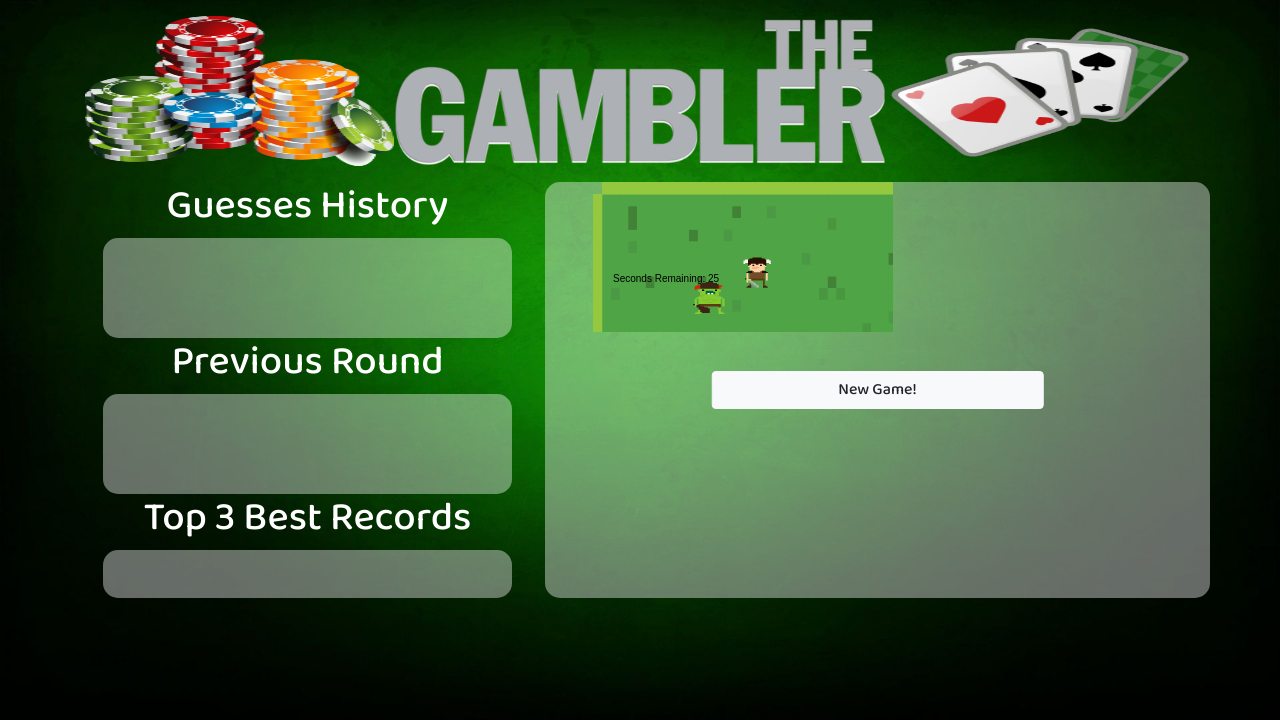
Repository: tts2610/TheCheapShootingGame
Page: index.html
These files come from the project's save history. The page is drawn as it stood at one moment and after the next save; the edit follows.
The browser window is 1280 px wide. The pictures show the whole page.

Above is the page before, as saved 2020-05-15 11:19:55.
Console error: TypeError: Cannot read properties of null (reading 'style')

After the next save:
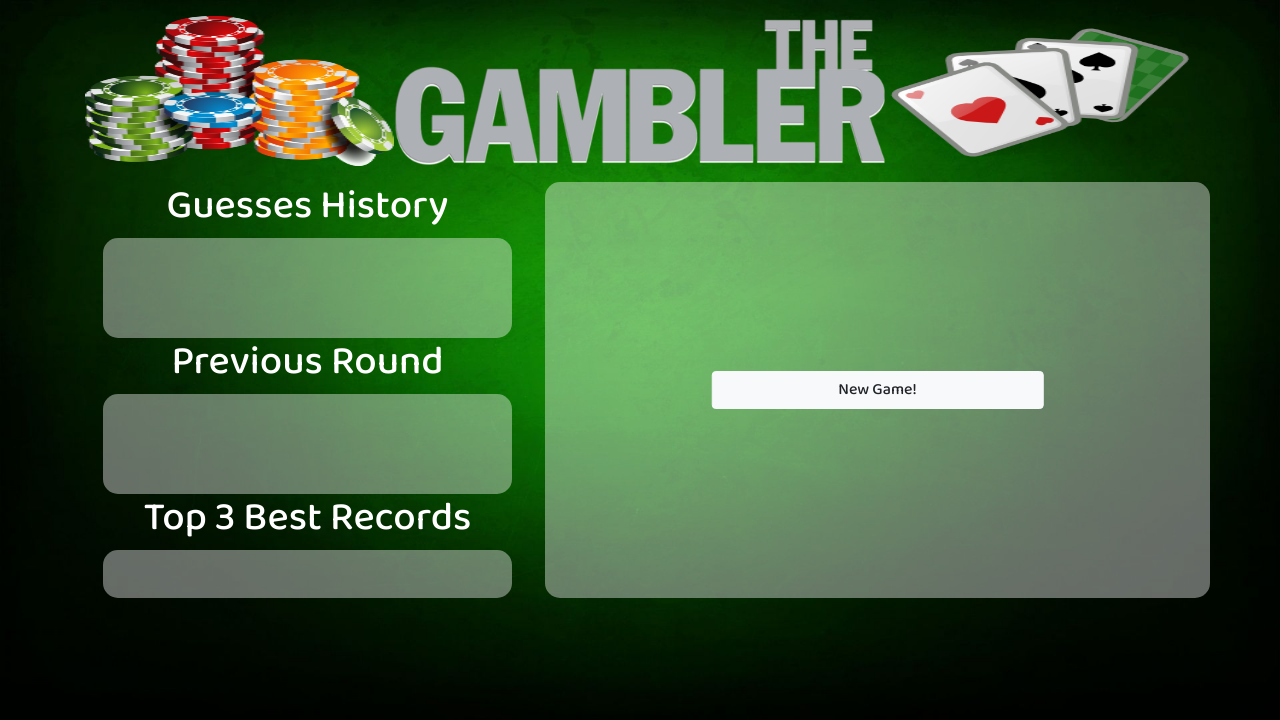
Console error: SyntaxError: Identifier 'ctx' has already been declared
Saved 2 min 27 s later.
--- a/js/script.js
+++ b/js/script.js
@@ -1,10 +1,11 @@
 // FOR NEW GAME EFFECT
-let div = document.getElementById("inputDiv");
+let div = document.getElementById("myCanvas");
+let ctx = canvas.getContext("2d");
 let canvas;
 let ctx;
 
 canvas = document.getElementById("myCanvas");
-ctx = canvas.getContext("2d");
+
 
 
 let bgReady, heroReady, monsterReady;
